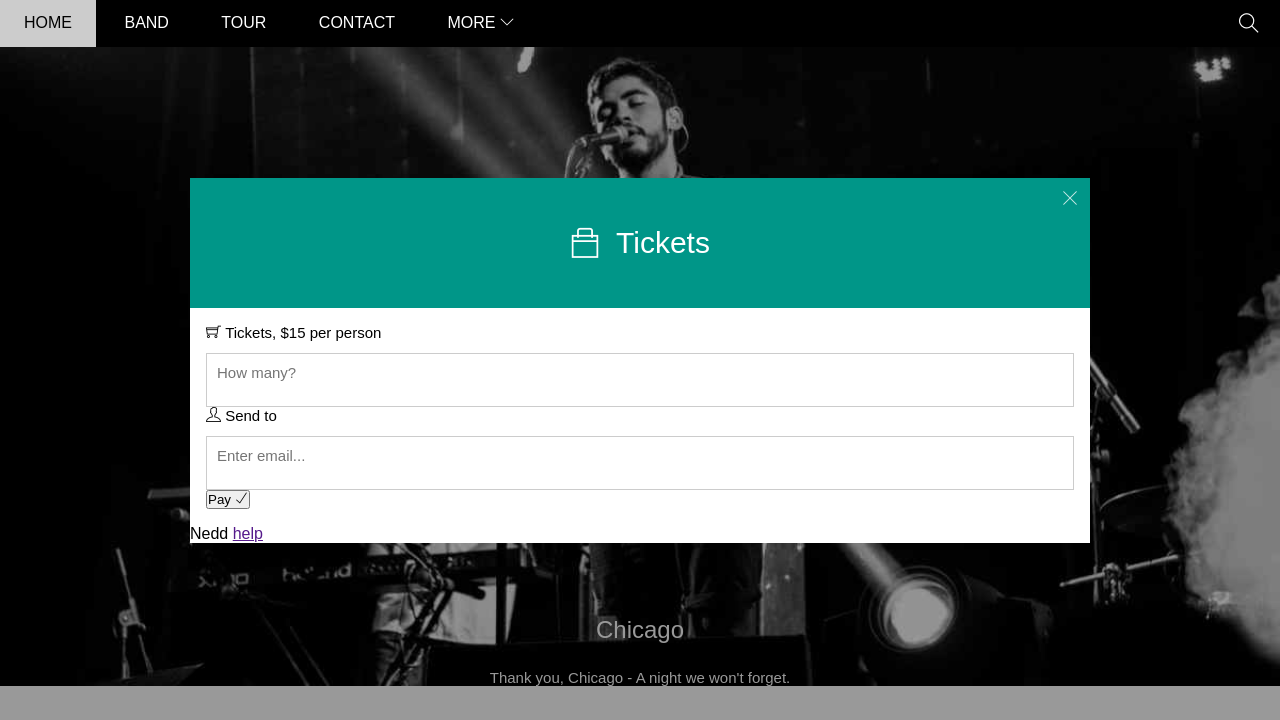
Repository: Thanhtrunghoang123/the-band
Page: index.html
These files come from the project's save history. The page is drawn as it stood at one moment and after the next save; the edit follows.
The browser window is 1280 px wide. The pictures show the window.
A layer covers the whole window, so only the first screen is drawn.

Above is the page before, as saved 2022-07-21 22:17:03.

After the next save:
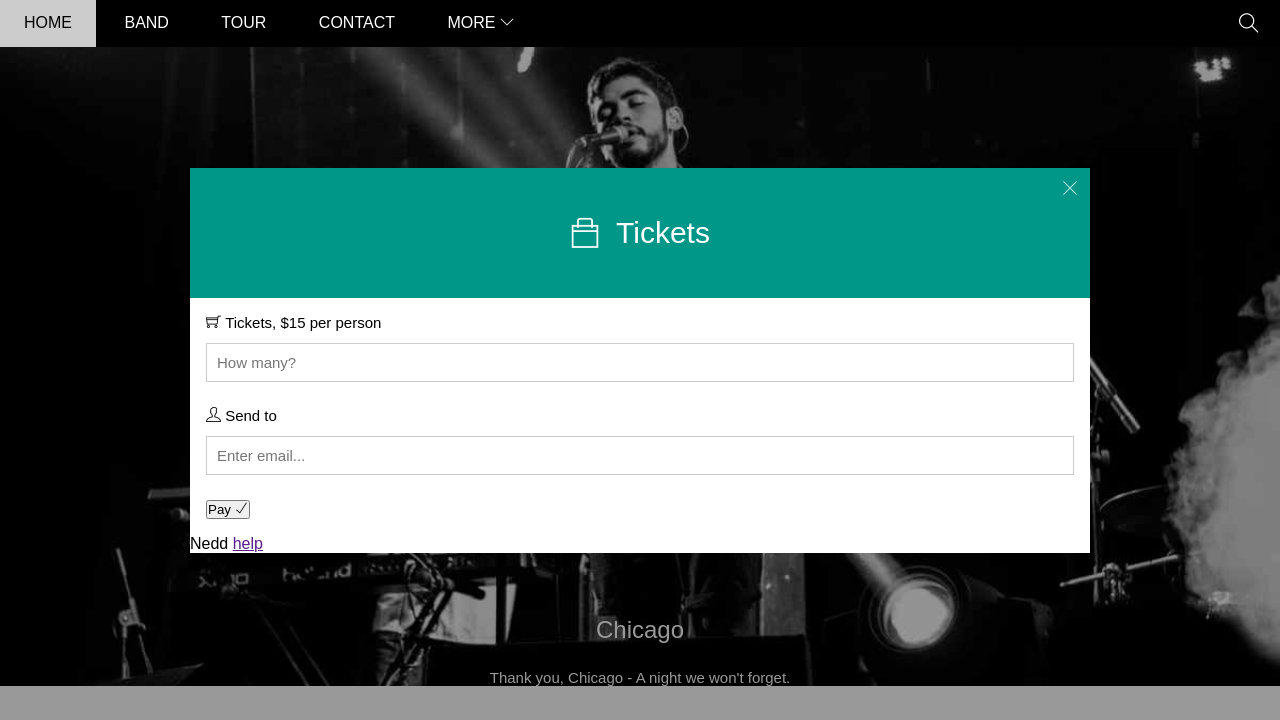
Saved 41 s later.
--- a/assest/css/style.css
+++ b/assest/css/style.css
@@ -326,7 +326,7 @@
 .modal-label{
     display: block;
     font-size: 15px;
-    padding-bottom: 12px;
+   margin-bottom: 12px;
 }
 
 .modal-input{
@@ -334,7 +334,7 @@
     width: 100%;
     font-size: 15px;
     padding: 10px;
-    padding-bottom: 25px;
+    margin-bottom: 25px;
 }
 
 #footer{
